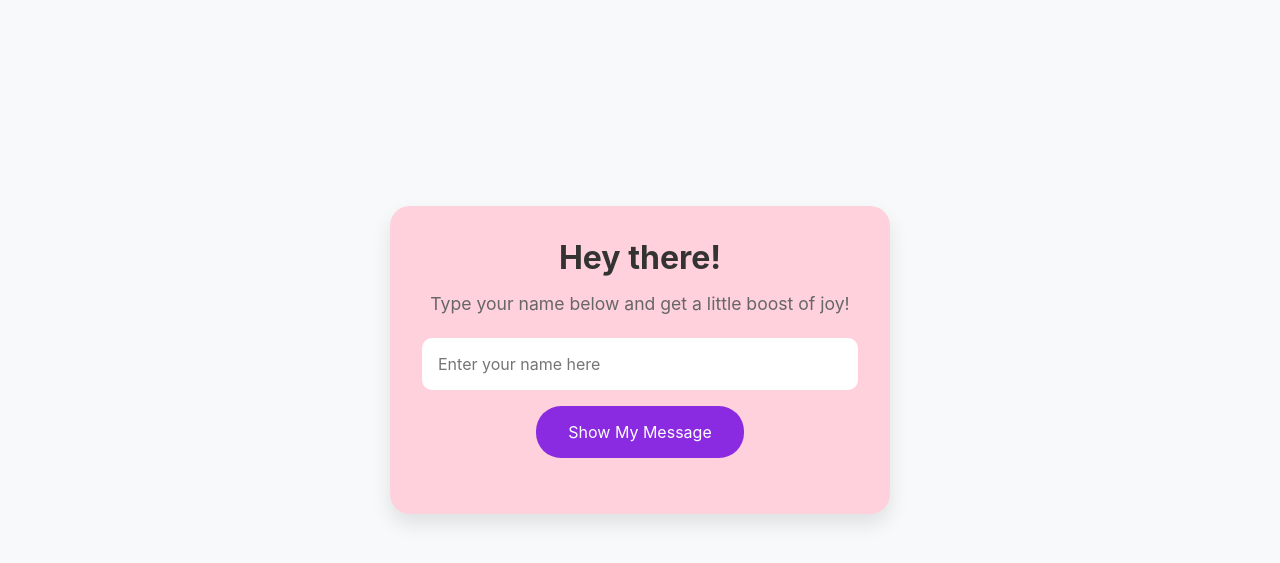
Repository: joelojieabu/biblicalWordsOfEncouragement
Page: biblicalWordsOfEncouragement.html
The author's editor kept a copy of each file at every save. The page is drawn from the files as they stood at one save, then again after the next save.
The browser window is 1280 px wide. The pictures show the whole page.

Above is the page before, as saved 2024-12-26 12:36:04.

After the next save:
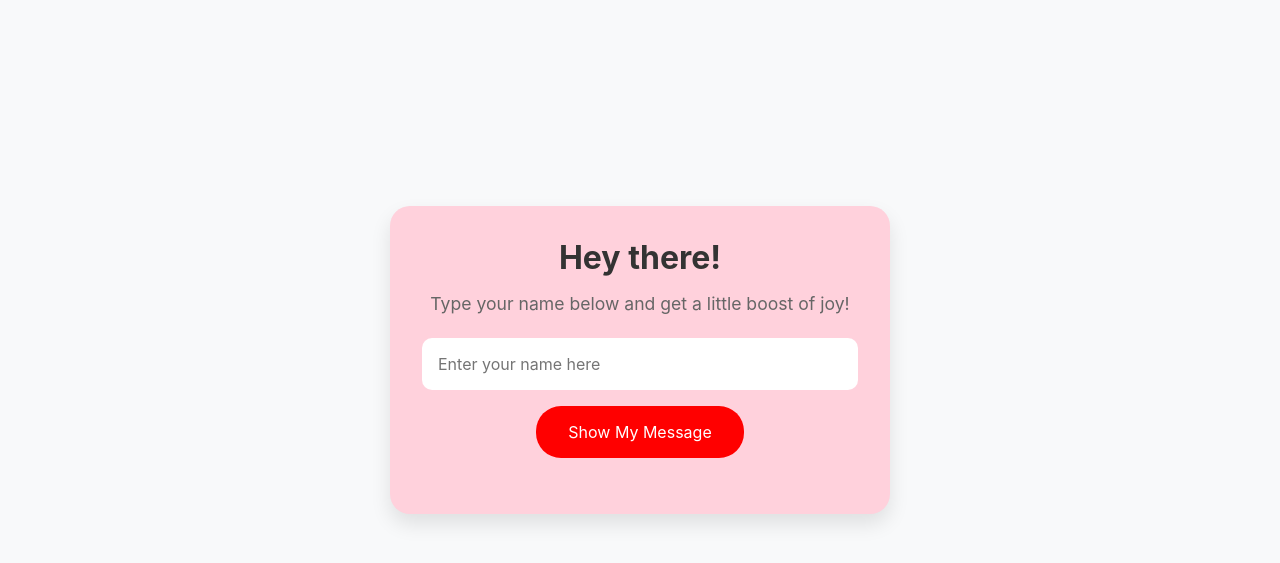
Saved 2 min 18 s later.
--- a/biblicalWordsOfEncouragement.html
+++ b/biblicalWordsOfEncouragement.html
@@ -59,7 +59,7 @@
       }
 
       button {
-        background-color: #8a2be2;
+        background-color: red;
         color: white;
         border: none;
         padding: 1rem 2rem;
